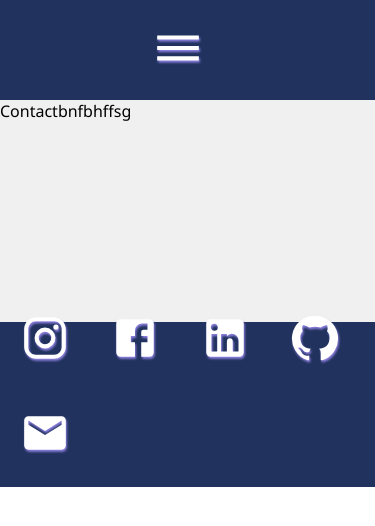
Repository: LolaSL/react-portfolio
Page: /contact
An editor plug-in stored every save of this project. The page is shown before and after a run of saves, followed by the edit.
The browser window is 375 px wide. The pictures show the whole page.
The project was rebuilt for these pictures with package versions that can differ from the ones it lists, and the page was loaded fresh each time. Also part of the build but not shown: src/pages/Home/Style.css, src/pages/Home/Home.jsx, src/components/ProjectItem/ProjectItem.jsx, src/helpers/ProjectList.js, src/pages/Projects/Style.css, src/pages/Projects/Projects.jsx, src/pages/Experience/Style.css, src/pages/Experience/Experience.jsx and 2 more.

Above is the page before, as saved 2023-07-01 19:57:21.

After the next 2 saves:
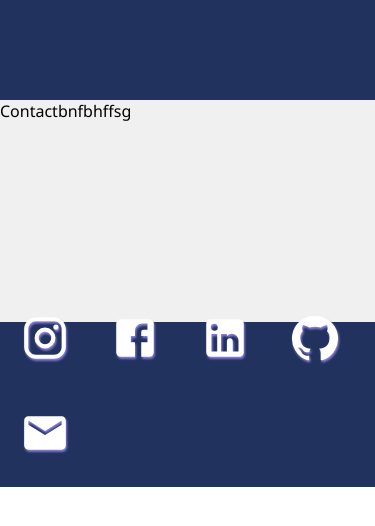
The 2 saves are shown as one change because they came seconds apart.
The last was saved 17 s later.
--- a/src/components/Navbar/Style.css
+++ b/src/components/Navbar/Style.css
@@ -70,7 +70,7 @@
   }
 }
 
-@media only screen and (width: 600px) {
+@media only screen and (max-width: 600px) {
   .toggleButton {
     display: none;
   }

After the 4 saves that followed:
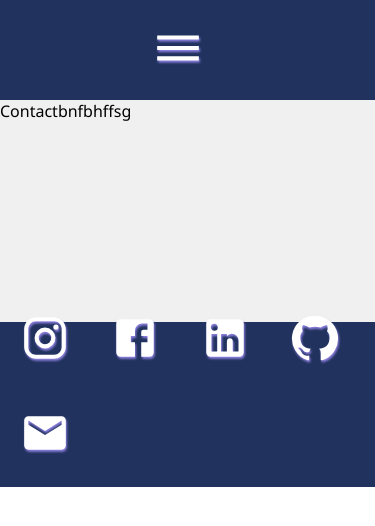
The 4 saves are shown as one change because 3 left the picture as it was.
The last was saved 6 min 1 s later.
--- a/src/components/Navbar/Style.css
+++ b/src/components/Navbar/Style.css
@@ -22,7 +22,7 @@
 }
 
 .toggleButton {
-  max-width: 100%;
+  width: 100%;
   height: 100px;
   display: flex;
   align-items: center;
@@ -46,7 +46,7 @@
 
 #open .links {
   flex-direction: column;
-  justify-content: flex-start;
+  /* justify-content: flex-start; */
   margin-top: 80px;
 }
 
@@ -62,7 +62,7 @@
 }
 
 @media only screen and (max-width: 600px) {
-  .toggleButton {
+  .navbar.toggleButton {
     display: flex;
   }
   #close a {
@@ -71,7 +71,7 @@
 }
 
 @media only screen and (max-width: 600px) {
-  .toggleButton {
+  .navbar.toggleButton {
     display: none;
   }
 
